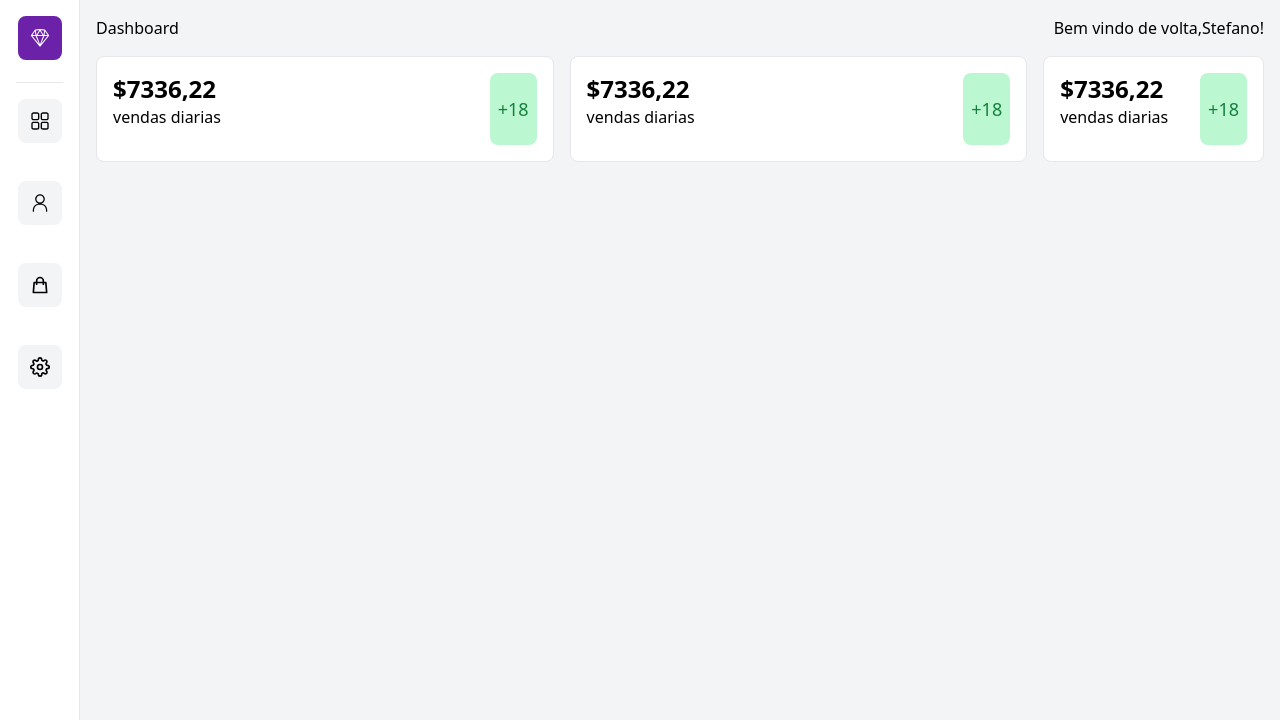
Repository: stefanosousaa/dashboard-next13
Page: /
The author's editor kept a copy of each file at every save. The page is drawn from the files as they stood at one save, then again after the next save.
The browser window is 1280 px wide. The pictures show the whole page.
The project was rebuilt for these pictures with package versions that can differ from the ones it lists, and the page was loaded fresh each time. The framework's server and built-in components were replaced by stand-ins that run in the browser. Also part of the build but not shown: next.config.js.

Above is the page before, as saved 2023-05-13 15:41:46.

### pages/_app.js
import Sidebar from '@/components/Sidebar'
import '@/styles/globals.css'

export default function App({ Component, pageProps }) {
  return (
    <Sidebar>
        <Component {...pageProps} />
    </Sidebar>

  )
}

### pages/index.js
import TopCards from '@/components/TopCards';
import Header from '../components/Header';
import Head from 'next/head';
import Image from 'next/image';

export default function Home() {
  return (
    <>
      <Head>
        <title>Create Next App</title>
        <meta name="description" content="Generated by create next app" />
        <meta name="viewport" content="width=device-width, initial-scale=1" />
        <link rel="icon" href="/favicon.ico" />
      </Head>

      <main className='bg-gray-100 min-h-screen'>
        <Header/>
        <TopCards/>
      </main>

    </>
  );
};

### components/Sidebar.jsx
import Link from 'next/link'
import Image from 'next/image'
import React from 'react'
import {RxSketchLogo,RxDashboard, RxPerson} from 'react-icons/rx'
import {FiSettings} from 'react-icons/fi'
import {HiOutlineShoppingBag} from 'react-icons/hi'

const Sidebar = ({children}) => {
  return (
    <div className='flex'>
        <div className='fixed w-20 h-screen p-4 bg-white border-r-[1px] flex flex-col justify-between'>
        <div className='flex flex-col items-center'>

          <Link href='/'>
            <div className='bg-purple-800 text-white p-3 rounded-lg inline-block'>
              <RxSketchLogo size={20}/>
            </div>
          </Link>
          <span className='border-b-[1px] border-gray-200 w-full p-2'></span>
          <Link href='/'>
            <div className='bg-gray-100 hover:bg-gray-200 cursor-pointer my-4 p-3 rounded-lg inline-block'>
              <RxDashboard size={20}/>
            </div>
          </Link>
          <Link href='/costumerd'>
            <div className='bg-gray-100 hover:bg-gray-200 cursor-pointer my-4 p-3 rounded-lg inline-block'>
              <RxPerson size={20}/>
            </div>
          </Link>
          <Link href='/orders'>
            <div className='bg-gray-100 hover:bg-gray-200 cursor-pointer my-4 p-3 rounded-lg inline-block'>
              <HiOutlineShoppingBag size={20}/>
            </div>
          </Link>
          <Link href='/'>
            <div className='bg-gray-100 hover:bg-gray-200 cursor-pointer my-4 p-3 rounded-lg inline-block'>
              <FiSettings size={20}/>
            </div>
          </Link>
        </div>
        </div>

        <main className='ml-20 w-full'>{children}</main>
    </div>
  )
}

export default Sidebar

### components/TopCards.jsx
import React from 'react'

const TopCards = () => {
  return (
    <div className='grid lg:grid-cols-5 gap-4 p-4'>
        <div className='lg:col-span-2 col-span-1 bg-white flex justify-between w-full border p-4 rounded-lg'>
           <div className='flex flex-col w-full pb-4'>
            <p className='text-2xl font-bold'>$7336,22</p>
            <p>vendas diarias</p>
        </div>
            <p className='bg-green-200 flex justify-center items-center p-2 rounded-lg'>
                <span className='text-green-700 text-lg'>+18</span>
            </p>
        </div>
        <div className='lg:col-span-2 col-span-1 bg-white flex justify-between w-full border p-4 rounded-lg'>
           <div className='flex flex-col w-full pb-4'>
           <p className='text-2xl font-bold'>$7336,22</p>
            <p>vendas diarias</p>
           </div>
           <p className='bg-green-200 flex justify-center items-center p-2 rounded-lg'>
                <span className='text-green-700 text-lg'>+18</span>
            </p>
        </div>
        <div className='bg-white flex justify-between w-full border p-4 rounded-lg'>
           <div className='flex flex-col w-full pb-4'>
           <p className='text-2xl font-bold'>$7336,22</p>
            <p>vendas diarias</p>
           </div>
           <p className='bg-green-200 flex justify-center items-center p-2 rounded-lg'>
                <span className='text-green-700 text-lg'>+18</span>
            </p>
        </div>
    </div>
  )
}

export default TopCards

### components/Header.jsx
import React from 'react'

const Header = () => {
  return (
    <div className='flex justify-between px-4 pt-4'>
        <h2>Dashboard</h2>
        <h2>Bem vindo de volta,Stefano!</h2>
    </div>
  )
}

export default Header

Loaded but not shown: pages/_document.js (common file); styles/globals.css (common file); tailwind.config.js (common file)

After the next save:
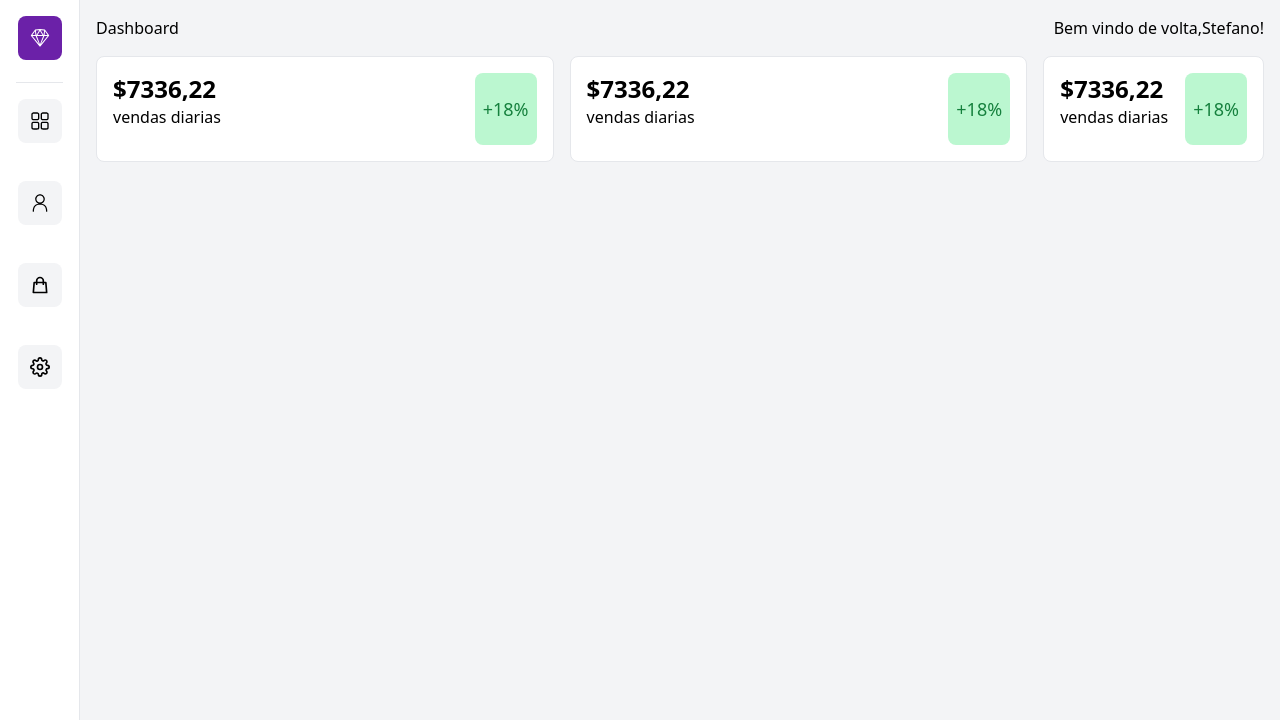
Saved 4 min 30 s later.
--- a/components/TopCards.jsx
+++ b/components/TopCards.jsx
@@ -9,7 +9,7 @@ const TopCards = () => {
             <p>vendas diarias</p>
         </div>
             <p className='bg-green-200 flex justify-center items-center p-2 rounded-lg'>
-                <span className='text-green-700 text-lg'>+18</span>
+                <span className='text-green-700 text-lg'>+18%</span>
             </p>
         </div>
         <div className='lg:col-span-2 col-span-1 bg-white flex justify-between w-full border p-4 rounded-lg'>
@@ -18,7 +18,7 @@ const TopCards = () => {
             <p>vendas diarias</p>
            </div>
            <p className='bg-green-200 flex justify-center items-center p-2 rounded-lg'>
-                <span className='text-green-700 text-lg'>+18</span>
+                <span className='text-green-700 text-lg'>+18%</span>
             </p>
         </div>
         <div className='bg-white flex justify-between w-full border p-4 rounded-lg'>
@@ -27,7 +27,7 @@ const TopCards = () => {
             <p>vendas diarias</p>
            </div>
            <p className='bg-green-200 flex justify-center items-center p-2 rounded-lg'>
-                <span className='text-green-700 text-lg'>+18</span>
+                <span className='text-green-700 text-lg'>+18%</span>
             </p>
         </div>
     </div>
